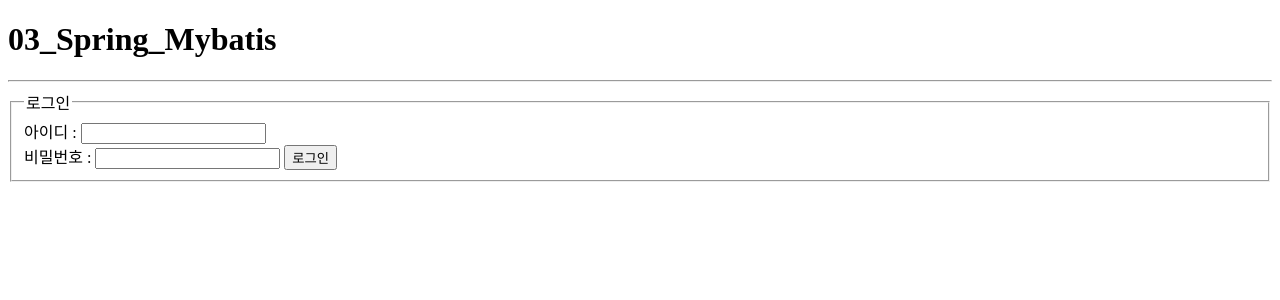
Repository: loseminho/khAcademy-Study
Page: http://localhost/03_Spring_Mybatis/
An editor plug-in stored every save of this project. The page is shown before and after the next save, followed by the edit.
The browser window is 1280 px wide. The pictures show the whole page.
The page is served by Tomcat 9. Other server files are loaded and not shown.

Above is the page before, as saved 2022-10-06 06:54:56.

### spring/workspace-sts-3.9.13.RELEASE/03_Spring_Mybatis/src/main/webapp/index.jsp
<%@ page language="java" contentType="text/html; charset=UTF-8"
    pageEncoding="UTF-8"%>
    <%@ taglib uri="http://java.sun.com/jsp/jstl/core" prefix="c" %>
<!DOCTYPE html>
<html>
<head>
<meta charset="UTF-8">
<title>Insert title here</title>
</head>
<body>
	<h1>03_Spring_Mybatis</h1>
	<hr>
	<c:choose>
		<c:when test="${empty sessionScope.m }">
			<form action="/login.do" method="post">
				<fieldset>
					<legend>로그인</legend>
					아이디 : <input type="text" name="memberId"><br>
					비밀번호 : <input type="password" name="memberPw">
					<input type="submit" value="로그인">
				</fieldset>
			</form>
		</c:when>
		<c:otherwise>
			<h2>[${sessionScope.m.memberName }]</h2>
			<h3><a href="/selectAllMember.do">전체 회원 조회</a></h3>
		</c:otherwise>
	</c:choose>

</body>
</html>

After the next save:
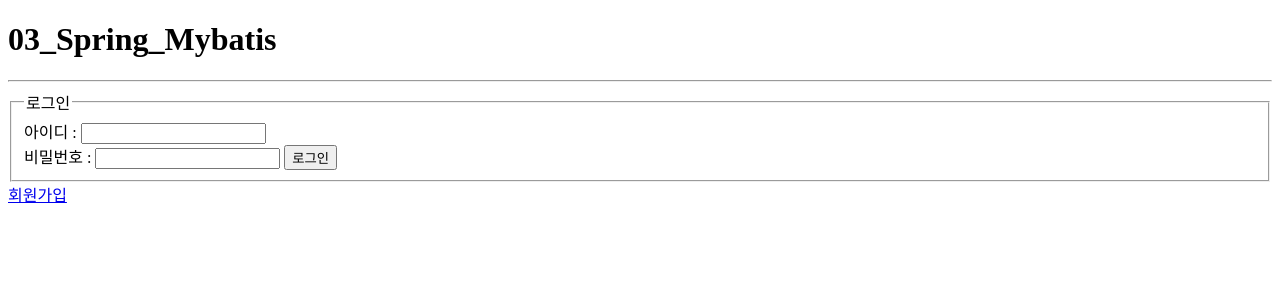
Saved 113 s later.
--- a/spring/workspace-sts-3.9.13.RELEASE/03_Spring_Mybatis/src/main/webapp/index.jsp
+++ b/spring/workspace-sts-3.9.13.RELEASE/03_Spring_Mybatis/src/main/webapp/index.jsp
@@ -20,6 +20,7 @@
 					<input type="submit" value="로그인">
 				</fieldset>
 			</form>
+			<a href="/joinFrm.do">회원가입</a>
 		</c:when>
 		<c:otherwise>
 			<h2>[${sessionScope.m.memberName }]</h2>
